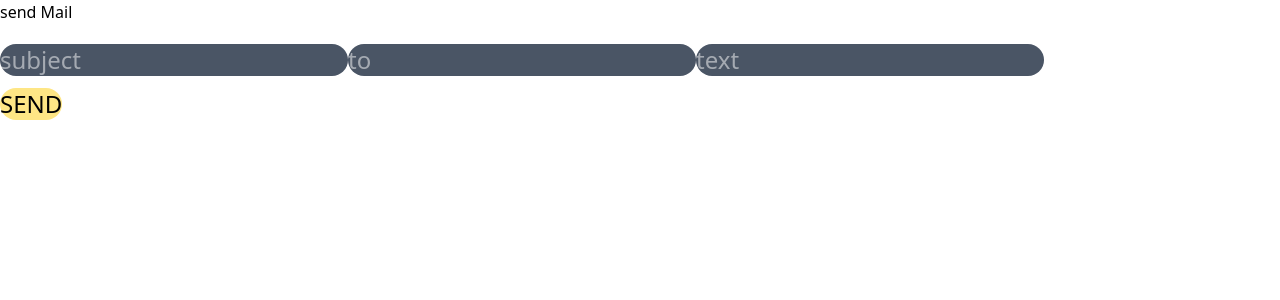
Repository: ridhukhan/sendmail
Page: / (app in Frontend/)
The author's editor kept a copy of each file at every save. The page is drawn from the files as they stood at one save, then again after the next save.
The browser window is 1280 px wide. The pictures show the whole page.
The project was rebuilt for these pictures with package versions that can differ from the ones it lists, and the page was loaded fresh each time.

Above is the page before, as saved 2026-02-10 14:56:26.

### Frontend/src/main.jsx
import { StrictMode } from 'react'
import { createRoot } from 'react-dom/client'
import './index.css'
import App from './App.jsx'
export const server="http://localhost:5000"
createRoot(document.getElementById('root')).render(
  <StrictMode>
    <App />
  </StrictMode>,
)

### Frontend/src/App.jsx

function App() {

  return (
    <>
    <h1>send Mail </h1>
    <form className="flex-col text-2xl align-middle justify-center">
<input type="text" name="" id="" placeholder='subject' className="bg-gray-600 text-white border-amber-50 rounded-2xl"/>


<input type="email" name="" id="" placeholder='to' className="bg-gray-600 text-white border-amber-50 rounded-2xl mt-5" />
<input type="text" name="" id="" placeholder='text' className="bg-gray-600 text-white border-amber-50 rounded-2xl mt-5"/><br />
<button className="bg-amber-200 mt-3 rounded-3xl">SEND</button>
    </form>
       </>
  )
}

export default App

Loaded but not shown: Frontend/index.html (common file); Frontend/src/index.css (common file)

After the next save:
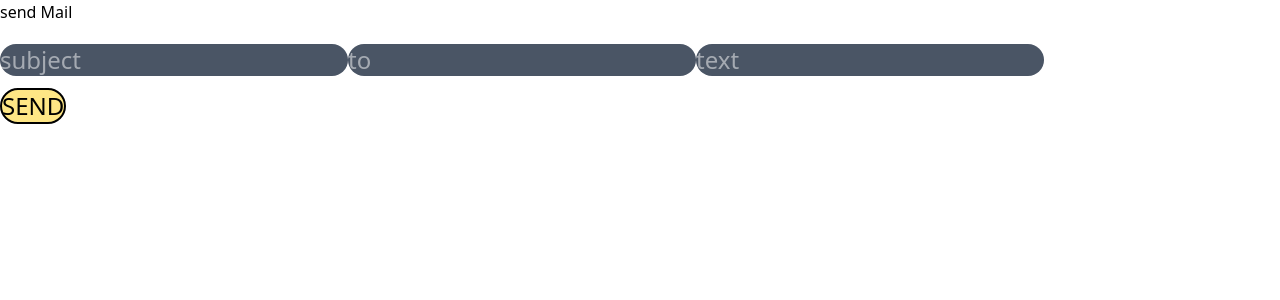
Saved 21 s later.
--- a/Frontend/src/App.jsx
+++ b/Frontend/src/App.jsx
@@ -10,7 +10,7 @@ function App() {
 
 <input type="email" name="" id="" placeholder='to' className="bg-gray-600 text-white border-amber-50 rounded-2xl mt-5" />
 <input type="text" name="" id="" placeholder='text' className="bg-gray-600 text-white border-amber-50 rounded-2xl mt-5"/><br />
-<button className="bg-amber-200 mt-3 rounded-3xl">SEND</button>
+<button className="bg-amber-200 mt-3 rounded-3xl border-2">SEND</button>
     </form>
        </>
   )
